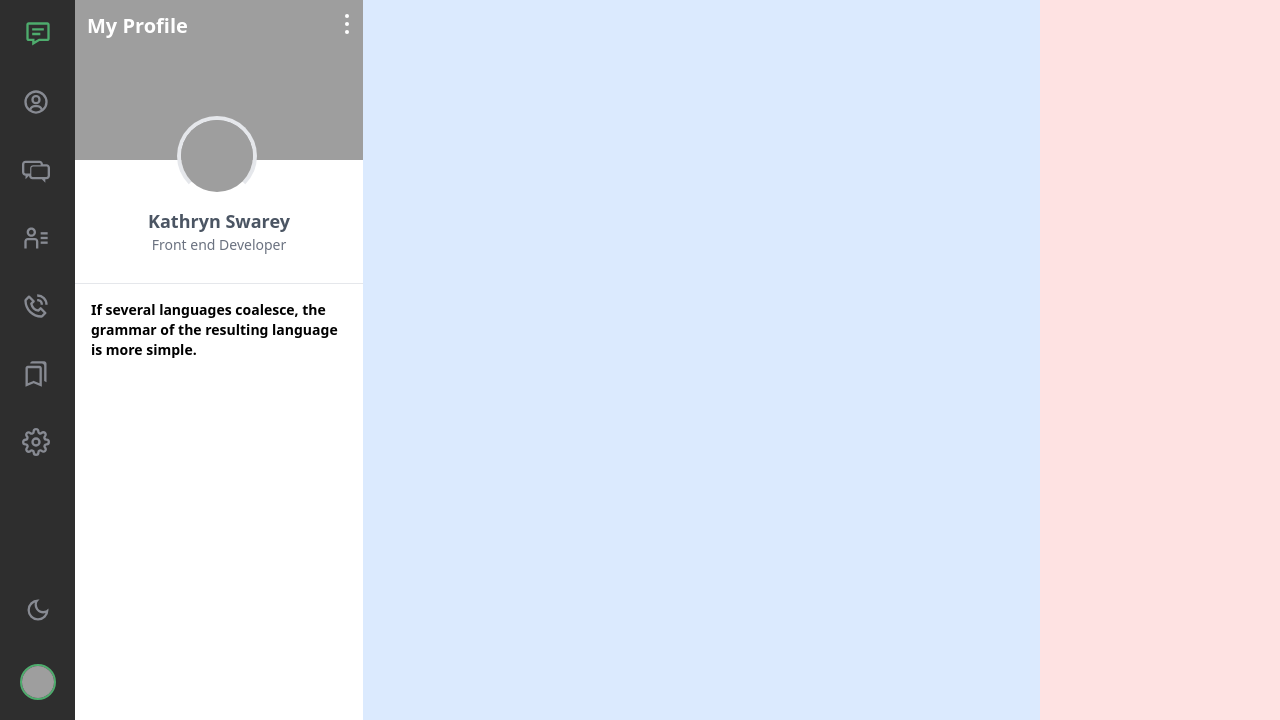
Repository: satya-ranjon/Chat-app
Page: /
These files come from the project's save history. The page is drawn as it stood at one moment and after the next save; the edit follows.
The browser window is 1280 px wide. The pictures show the whole page.
Pictures or frames that could not be fetched are drawn as grey boxes. The project was rebuilt for these pictures with package versions that can differ from the ones it lists, and the page was loaded fresh each time.

Above is the page before, as saved 2022-03-31 04:06:51.

### src/index.js
import * as ReactDOMClient from "react-dom/client";
import "./index.css";
import App from "./App";

const root = ReactDOMClient.createRoot(document.getElementById("root"));
root.render(<App />);

### src/App.jsx
import React from "react";
// import Chats from "./components/Chats/Chats";
import MyProfile from "./components/MyProfile/MyProfile";
import SideBarManu from "./components/SideBarManu";
import UserChat from "./components/UserChat";
import UserProfileSidebar from "./components/UserProfileSidebar";

export default function App() {
  return (
    <div className="flex">
      <SideBarManu />
      {/* <Chats /> */}
      <MyProfile />
      <UserChat />
      <UserProfileSidebar />
    </div>
  );
}

### src/components/MyProfile/MyProfile.jsx
import React from "react";
import ProfileHader from "./ProfileHader";
import ProfileInfo from "./ProfileInfo";

export default function MyProfile() {
  return (
    <div className="sm:w-72 h-screen w-40 ">
      <ProfileHader />
      <ProfileInfo />
    </div>
  );
}

### src/components/SideBarManu.jsx
import React, { useState } from "react";
import { BiMessageDetail, BiUserCircle, BiPhoneCall } from "react-icons/bi";
import { TiMessages } from "react-icons/ti";
import { CgUserList } from "react-icons/cg";

import {
  MdOutlineBookmarks,
  MdOutlineDarkMode,
  MdOutlineLightMode,
} from "react-icons/md";
import { FiSettings } from "react-icons/fi";
import UserImage from "./UserImage";

export default function SideBarManu() {
  const [toggle, setToggle] = useState(true);
  return (
    <div className="w-[75px] h-screen bg-[#2e2e2e] flex flex-col justify-between">
      <div className="flex flex-col">
        <BiMessageDetail
          color="#4eac6d"
          className="text-center  m-5 cursor-pointer mx-auto "
          size={28}
        />
        <div
          className={` ${
            toggle ? `border-[#2e2e2e]` : `border-[#4eac6d]`
          } border-r-4 transition-all duration-200  `}
          onClick={() => setToggle((prev) => !prev)}
        >
          <BiUserCircle
            color={toggle ? `#878a92` : `#4eac6d`}
            className="text-center  m-5 cursor-pointer mx-auto   "
            size={28}
          />
        </div>
        <div className="border-r-4 border-[#2e2e2e] transition-all duration-200 ">
          <TiMessages
            color="#878a92"
            className="text-center  m-5 cursor-pointer mx-auto"
            size={28}
          />
        </div>
        <div className="border-r-4 border-[#2e2e2e] transition-all duration-200 ">
          <CgUserList
            color="#878a92"
            className="text-center  m-5 cursor-pointer mx-auto"
            size={28}
          />
        </div>
        <div className="border-r-4 border-[#2e2e2e] transition-all duration-200 ">
          <BiPhoneCall
            color="#878a92"
            className="text-center  m-5 cursor-pointer mx-auto"
            size={28}
          />
        </div>
        <div className="border-r-4 border-[#2e2e2e] transition-all duration-200 ">
          <MdOutlineBookmarks
            color="#878a92"
            className="text-center  m-5 cursor-pointer mx-auto"
            size={28}
          />
        </div>
        <div className="border-r-4 border-[#2e2e2e] transition-all duration-200 ">
          <FiSettings
            color="#878a92"
            className="text-center  m-5 cursor-pointer mx-auto"
            size={28}
          />
        </div>
      </div>
      <div className="flex flex-col">
        <MdOutlineDarkMode
          color="#878a92"
          className="text-center  m-5 cursor-pointer mx-auto"
          size={28}
        />
        {/* <MdOutlineLightMode
          color="#878a92"
          className="text-center  m-5 cursor-pointer mx-auto"
          size={28}
        /> */}
        <UserImage className="w-9 h-9 rounded-full mx-auto  m-5 border-2 border-[#4eac6d]" />
      </div>
    </div>
  );
}

### src/components/UserChat.jsx
import React from "react";

export default function UserChat() {
  return <div className="flex-grow h-screen bg-blue-100"></div>;
}

### src/components/UserProfileSidebar.jsx
import React from "react";

export default function UserProfileSidebar() {
  return <div className="w-60 h-screen bg-red-100"></div>;
}

### src/components/MyProfile/ProfileHader.jsx
import React from "react";
import UserImage from "../UserImage";
const Image =
  "https://img.freepik.com/free-photo/modern-living-room-interior-with-sofa-green-plants-lamp-table-dark-wall-background_41470-1528.jpg?w=996&t=st=1648676636~exp=1648677236~hmac=3f890077ce9371578c992216baf3e8f401b234873628a920daaf2d4174ff41ce";

export default function ProfileHader() {
  return (
    <div className="border-b-[1px] pb-7">
      <div className="relative mb-12">
        <img src={Image} alt={Image} className="w-full h-40" />
        <UserImage className="w-16 h-16 sm:w-20 sm:h-20 rounded-full absolute sm:-bottom-9  -bottom-7 sm:right-[6.6rem]  right-12  border-4 border-b-white" />
        <p className=" absolute top-0 left-0 p-3 text-white font-semibold text-xl">
          My Profile
        </p>
        <div className="flex flex-col top-0 right-0 absolute p-3 cursor-pointer">
          <p className="bg-white w-1 h-1 rounded-full m-[2px]"></p>
          <p className="bg-white w-1 h-1 rounded-full m-[2px]"></p>
          <p className="bg-white w-1 h-1 rounded-full m-[2px]"></p>
        </div>
      </div>
      <p className="text-[18px] text-gray-600 text-center font-semibold">
        Kathryn Swarey
      </p>
      <p className="text-sm text-gray-500 text-center">Front end Developer</p>
    </div>
  );
}

### src/components/MyProfile/ProfileInfo.jsx
import React from "react";

export default function ProfileInfo() {
  return (
    <div>
      <p className="p-4 text-sm font-semibold">
        If several languages coalesce, the grammar of the resulting language is
        more simple.
      </p>
    </div>
  );
}

### src/components/UserImage.jsx
import React from "react";

export default function UserImage({ className }) {
  return (
    <img
      className={className}
      src="https://media.istockphoto.com/photos/smiling-man-outdoors-in-the-city-picture-id1179420343"
      alt="profile pic"
    />
  );
}

Loaded but not shown: public/index.html (common file); src/index.css (common file); tailwind.config.js (common file)

After the next save:
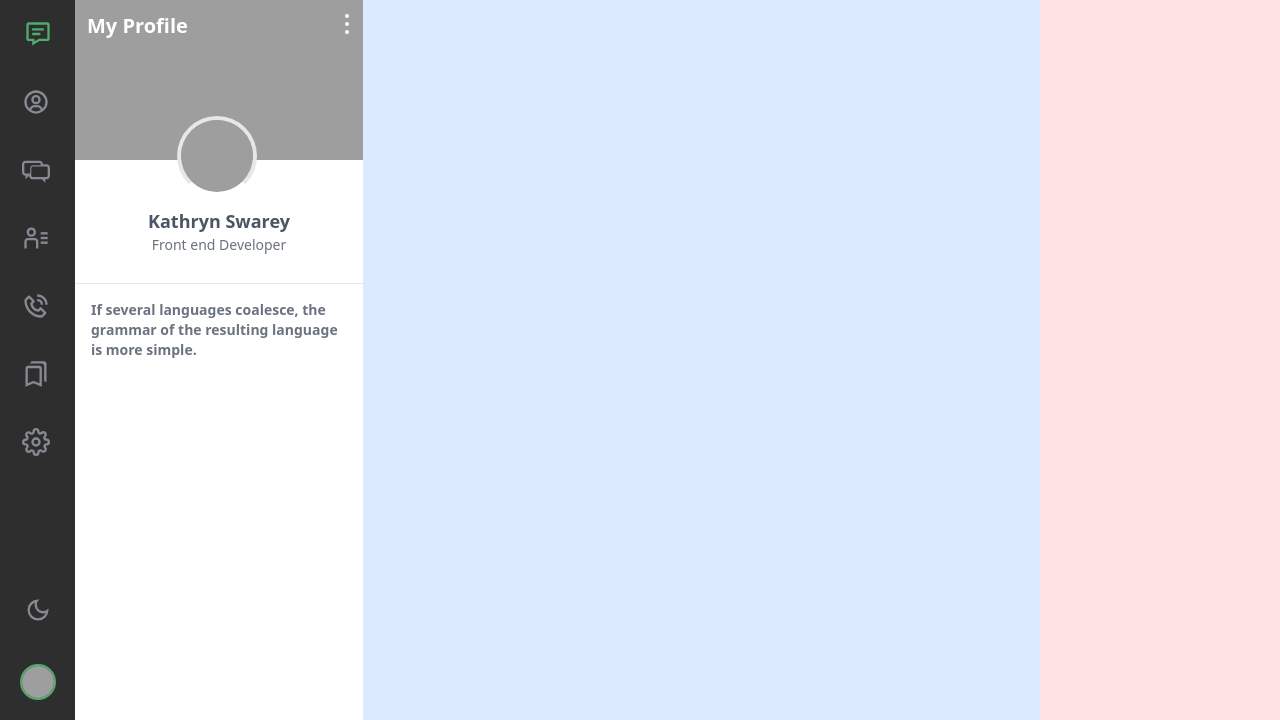
Saved 14 s later.
--- a/src/components/MyProfile/ProfileInfo.jsx
+++ b/src/components/MyProfile/ProfileInfo.jsx
@@ -3,7 +3,7 @@ import React from "react";
 export default function ProfileInfo() {
   return (
     <div>
-      <p className="p-4 text-sm font-semibold">
+      <p className="p-4 text-sm font-semibold text-gray-500">
         If several languages coalesce, the grammar of the resulting language is
         more simple.
       </p>
